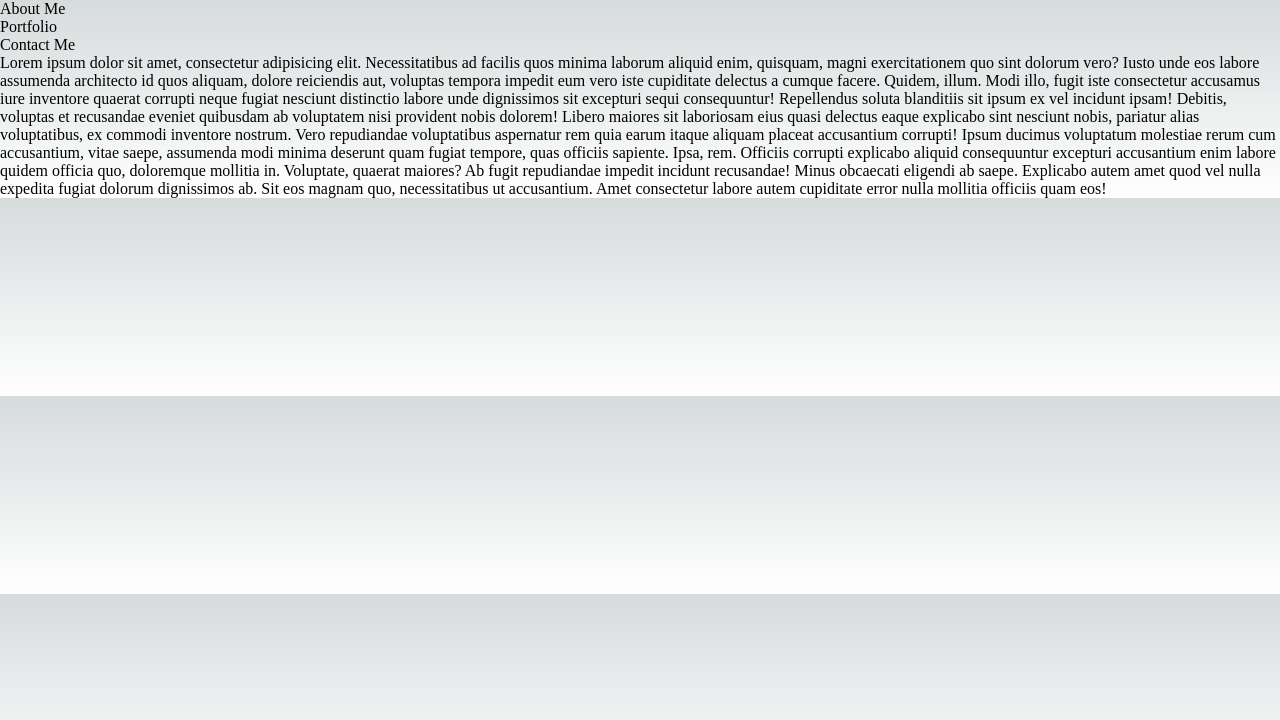
Repository: Pauldan1988/Reactfolio
Page: /
These files come from the project's save history. The page is drawn as it stood at one moment and after a run of saves; the edit follows.
The browser window is 1280 px wide. The pictures show the whole page.
The project was rebuilt for these pictures with package versions that can differ from the ones it lists, and the page was loaded fresh each time. The framework's server and built-in components were replaced by stand-ins that run in the browser. Also part of the build but not shown: next.config.js.

Above is the page before, as saved 2023-04-07 14:22:32.

### src/pages/index.tsx
import Desc from '@/components/desc'
import Layout from '@/components/layout'
import Head from 'next/head'


export default function Home() {
  return (
    <>
      <Head>
        <title>Create Next App</title>
        <meta name="description" content="Generated by create next app" />
        <meta name="viewport" content="width=device-width, initial-scale=1" />
        <link rel="icon" href="/favicon.ico" />
      </Head>
      <Layout>
        <Desc></Desc>
      </Layout>

    </>
  )
}

### src/components/desc.tsx
export default function Desc() {
    return (
        <div>
            Lorem ipsum dolor sit amet, consectetur adipisicing elit. Necessitatibus ad facilis quos minima laborum aliquid enim, quisquam, magni exercitationem quo sint dolorum vero? Iusto unde eos labore assumenda architecto id quos aliquam, dolore reiciendis aut, voluptas tempora impedit eum vero iste cupiditate delectus a cumque facere. Quidem, illum. Modi illo, fugit iste consectetur accusamus iure inventore quaerat corrupti neque fugiat nesciunt distinctio labore unde dignissimos sit excepturi sequi consequuntur! Repellendus soluta blanditiis sit ipsum ex vel incidunt ipsam! Debitis, voluptas et recusandae eveniet quibusdam ab voluptatem nisi provident nobis dolorem! Libero maiores sit laboriosam eius quasi delectus eaque explicabo sint nesciunt nobis, pariatur alias voluptatibus, ex commodi inventore nostrum. Vero repudiandae voluptatibus aspernatur rem quia earum itaque aliquam placeat accusantium corrupti! Ipsum ducimus voluptatum molestiae rerum cum accusantium, vitae saepe, assumenda modi minima deserunt quam fugiat tempore, quas officiis sapiente. Ipsa, rem. Officiis corrupti explicabo aliquid consequuntur excepturi accusantium enim labore quidem officia quo, doloremque mollitia in. Voluptate, quaerat maiores? Ab fugit repudiandae impedit incidunt recusandae! Minus obcaecati eligendi ab saepe. Explicabo autem amet quod vel nulla expedita fugiat dolorum dignissimos ab. Sit eos magnam quo, necessitatibus ut accusantium. Amet consectetur labore autem cupiditate error nulla mollitia officiis quam eos!
        </div>
    )
}

### src/components/layout.tsx
import React from "react";
import Footer from "./footer";
import Nav from "./nav";

const Layout = function({children}: React.PropsWithChildren) {
    return (
        <>
        <Nav/>
        <main>
            {children}
        </main>
        <Footer/>
        </>
    )
}

export default Layout

### src/components/footer.tsx
import React from "react";

const Footer = function() {
    return (
        <footer>
            <div className="h-10 bg-zinc-700 flex justify-end">
            </div>
        </footer>
    )
}

export default Footer

### src/components/nav.tsx
import Link from "next/link";
import React from "react";

interface NavLink{
    href:string,
    text:string
}

const navLinks: NavLink[] = [
    {
        href:"/about",
        text:"About Me"
    },
    {
        href:"/portfolio",
        text:"Portfolio"
    },
    {
        href:"/contact",
        text:"Contact Me"
    }
]

const Nav: React.FC = function() {
    return (
        <header>
            <nav className="Nav">
                <ul className="flex gap-2 justify-content-right">
                {navLinks.map(navlink => (
                    <li key={navlink.href}>
                        <Link href={navlink.href}>
                            {navlink.text}
                        </Link>
                    </li>
                ))}
                </ul>
            </nav>
        </header>
    )
}

export default Nav

### src/components/hero-image.tsx
import Image from "next/image";

export default function HeroImage() {
    return (
        <div>
          <Image src="/Profile_Picture.jpg" alt="Profile Picture" height={500} width={500}></Image>
        </div>
    )
}

Loaded but not shown: src/pages/_app.tsx (common file); src/pages/_document.tsx (common file); src/styles/globals.css (common file)

After the next 6 saves:
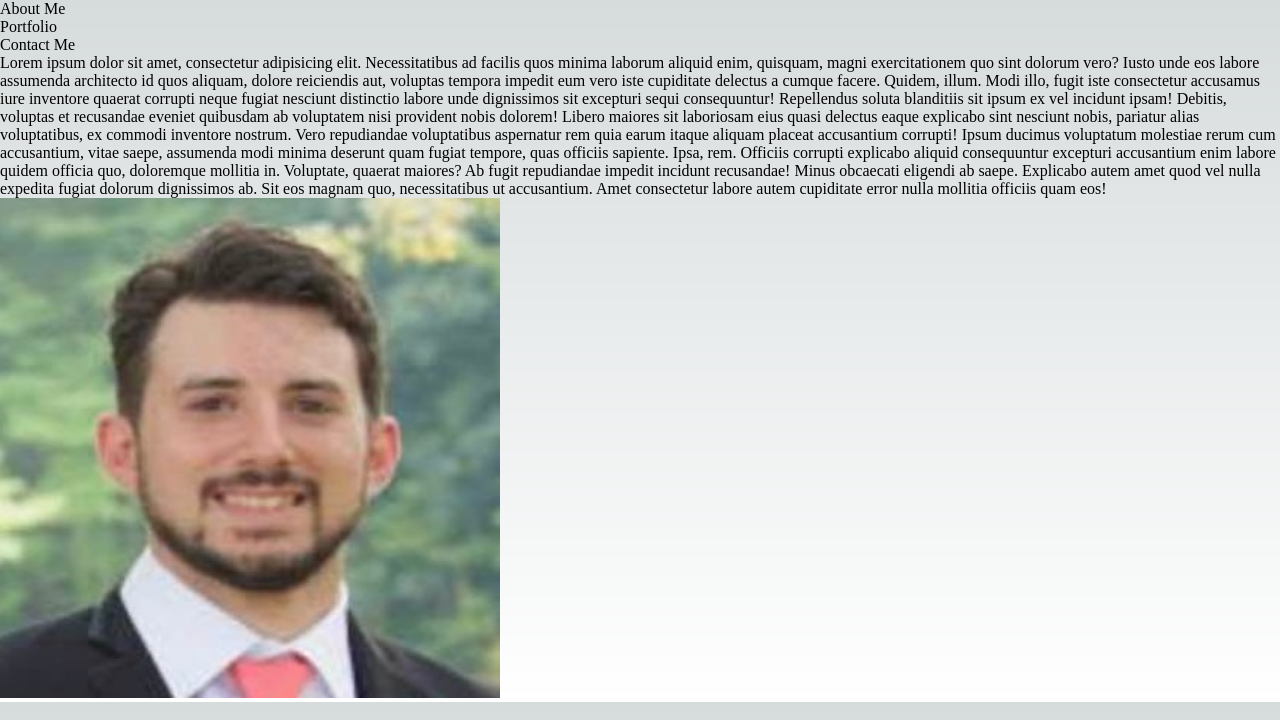
The 6 saves are shown as one change because 2 did not build or start and some came seconds apart.
The last was saved 22 s later.
--- a/src/pages/index.tsx
+++ b/src/pages/index.tsx
@@ -1,4 +1,5 @@
 import Desc from '@/components/desc'
+import HeroImage from '@/components/hero-image'
 import Layout from '@/components/layout'
 import Head from 'next/head'
 
@@ -13,7 +14,9 @@ export default function Home() {
         <link rel="icon" href="/favicon.ico" />
       </Head>
       <Layout>
-        <Desc></Desc>
+        <Desc/>
+        <HeroImage/>
+
       </Layout>
 
     </>
